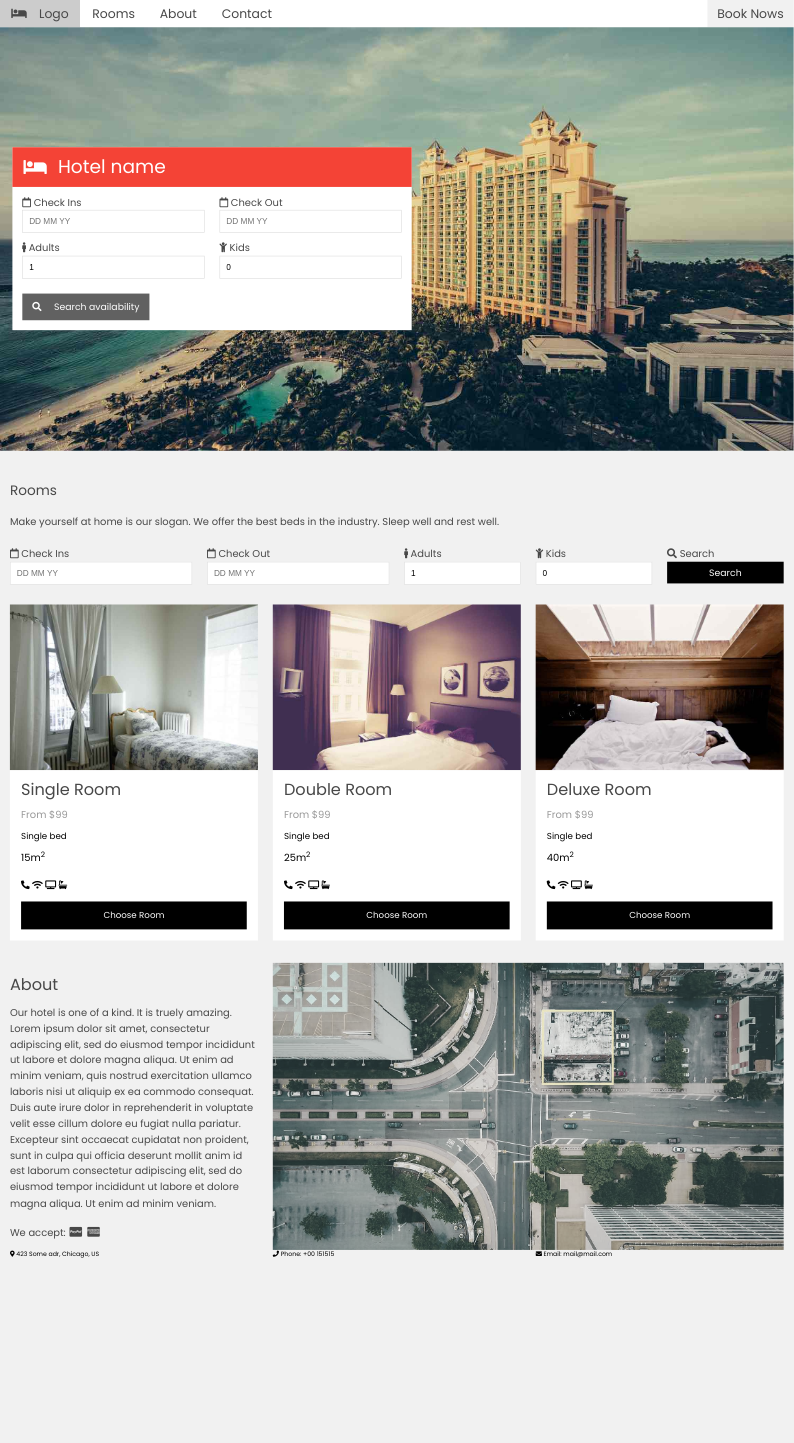
Repository: phamhuuloc/Travel_Template
Page: index.html
These files come from the project's save history. The page is drawn as it stood at one moment and after the next save; the edit follows.
The browser window is 1280 px wide. The pictures show the whole page, at 62% of full size.
The style sheet was rebuilt from its Sass, Less or Tailwind sources for each picture, by a compiler version that may differ from the author's.

Above is the page before, as saved 2021-09-18 10:28:08.

After the next save:
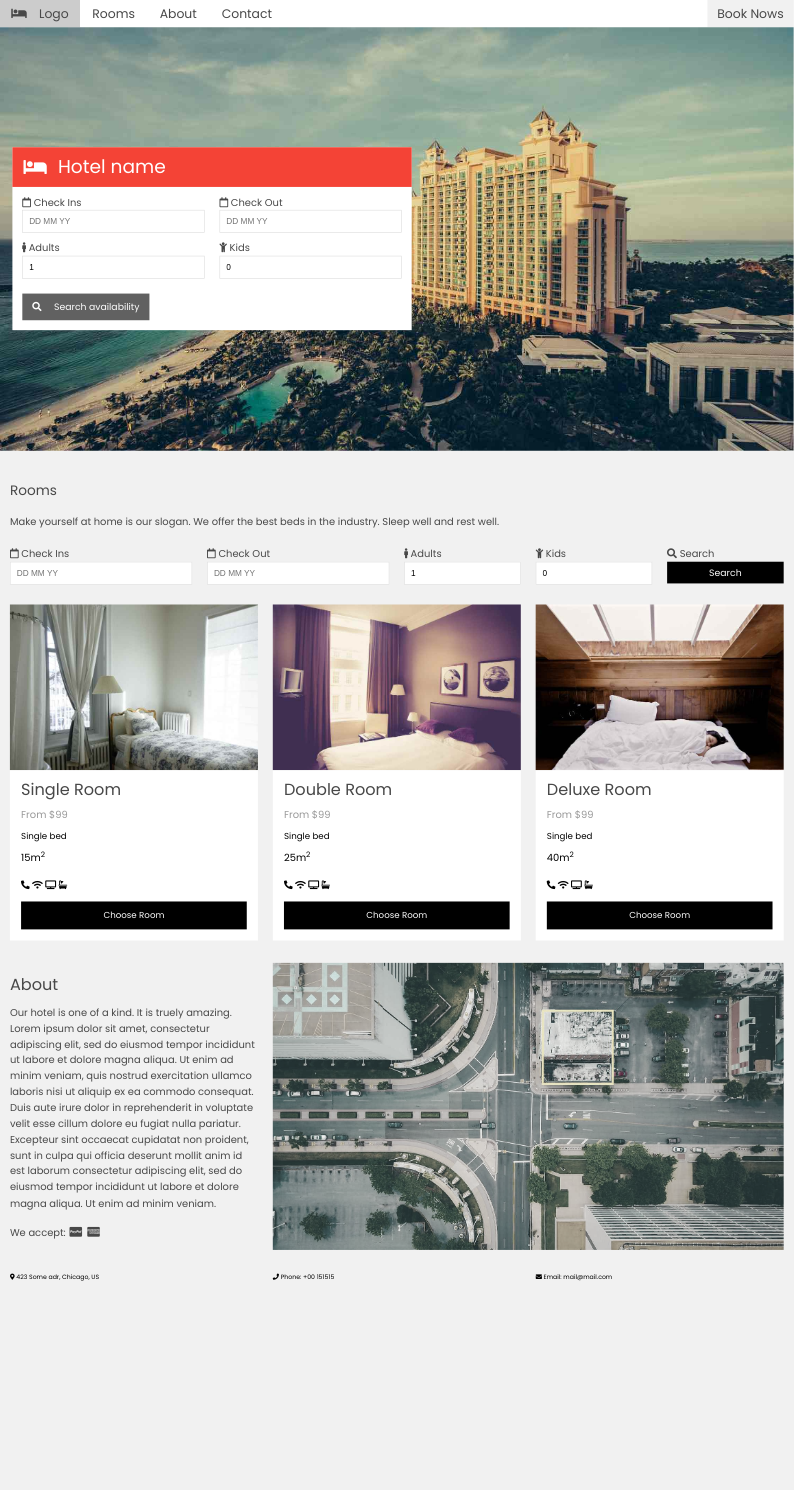
Saved 10 s later.
--- a/assets/main.scss
+++ b/assets/main.scss
@@ -259,5 +259,6 @@ sup {
     filter: grayscale(75%);
   }
   &__contact {
-  }
-}
+    padding: 3.8rem 0;
+  }
+}
